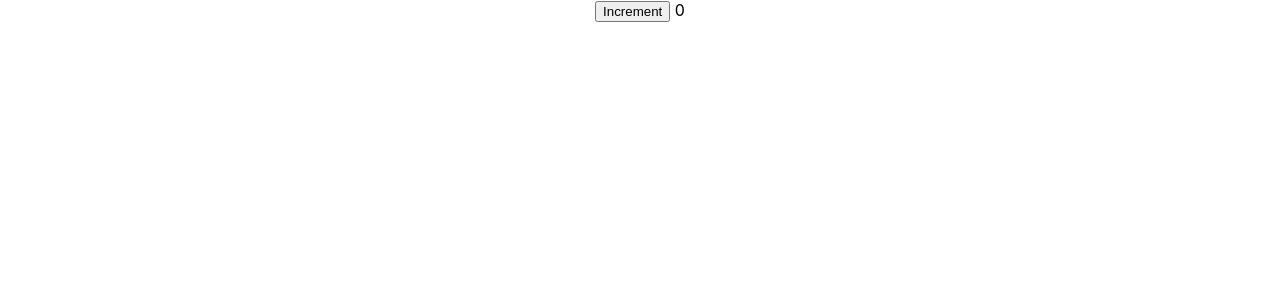
Repository: vuongtm1999/ALTA-exercise-1
Page: /
An editor plug-in stored every save of this project. The page is shown before and after the next save, followed by the edit.
The browser window is 1280 px wide. The pictures show the whole page.
The project was rebuilt for these pictures with package versions that can differ from the ones it lists, and the page was loaded fresh each time.

Above is the page before, as saved 2022-10-26 15:39:12.

After the next save:
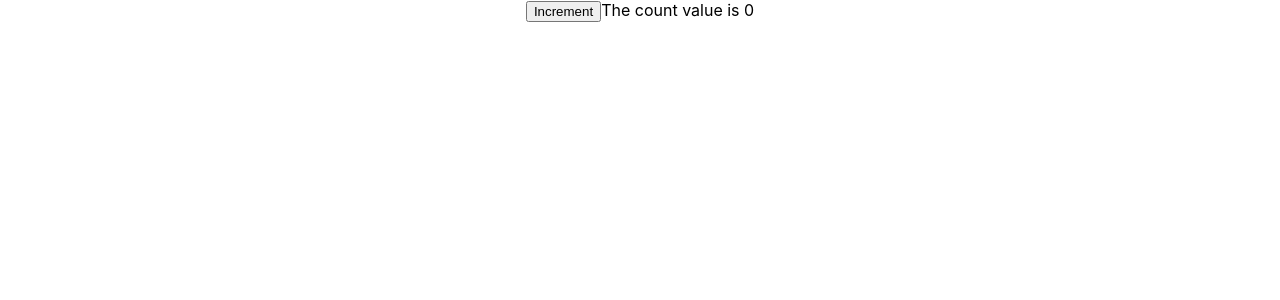
Saved 97 s later.
--- a/src/App.tsx
+++ b/src/App.tsx
@@ -25,7 +25,7 @@ function App() {
   // ]
   return (
     <div className="App">
-      <Counter />
+      <Counter message='The count value is'/>
     </div>
   );
 }
